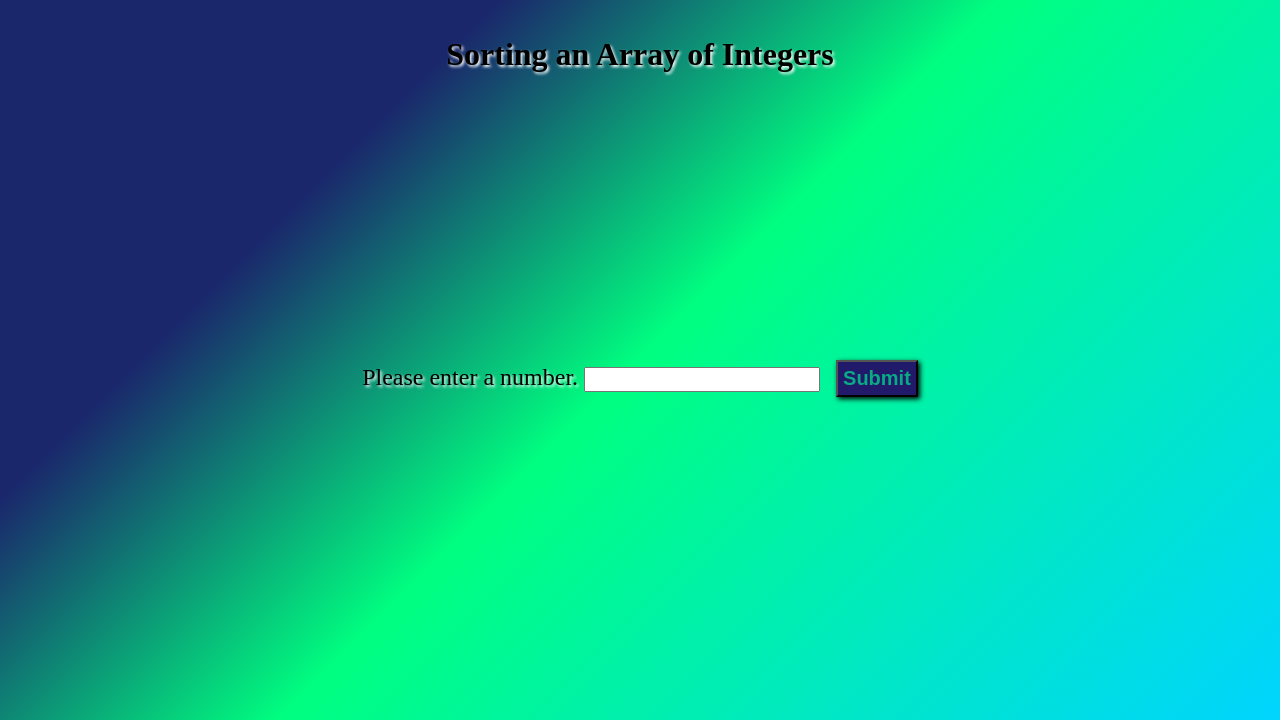
Repository: mlmEFSC21/P16-Sorting-Integers
Page: sort.html
The author's editor kept a copy of each file at every save. The page is drawn from the files as they stood at one save, then again after the next save.
The browser window is 1280 px wide. The pictures show the whole page.

Above is the page before, as saved 2022-03-28 19:04:28.

After the next save:
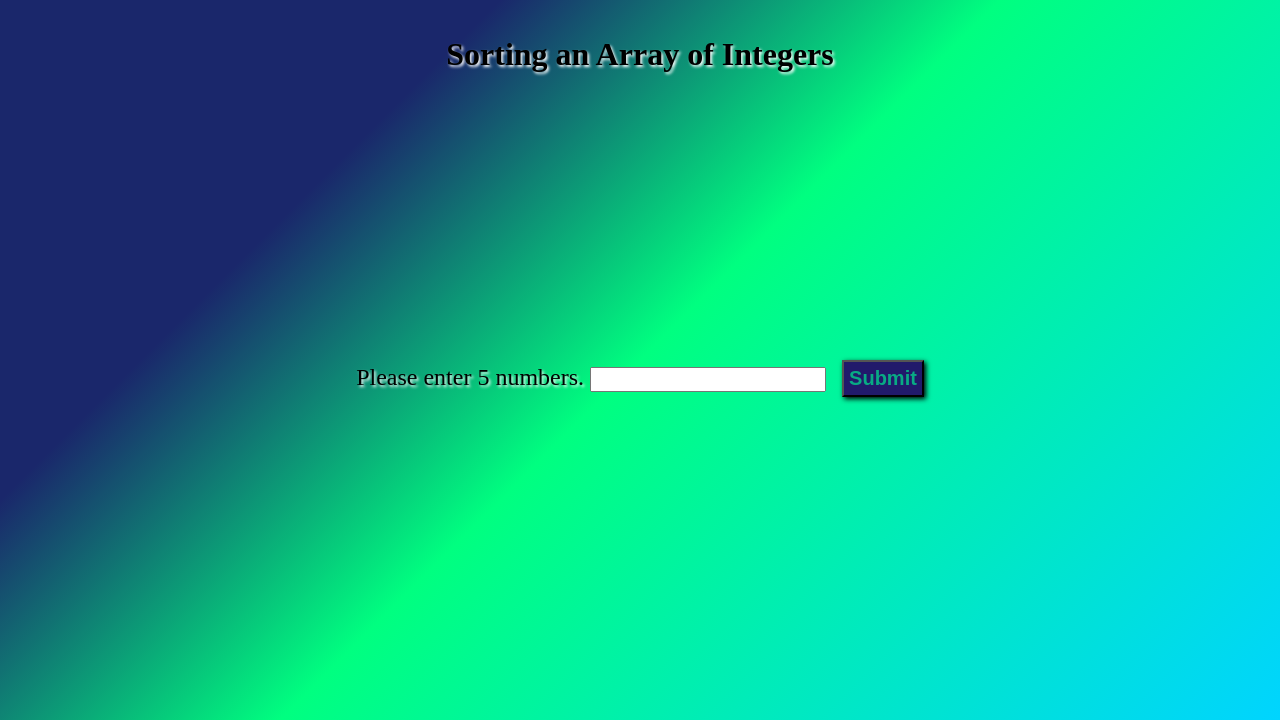
Saved 78 s later.
--- a/sort.html
+++ b/sort.html
@@ -15,7 +15,7 @@
         <section class="main">
             <div class="arrayContainer" id="arrayContainer">
                 <form class="inputForm" id="inputForm">
-                    <label for="numInp">Please enter a number.</label>
+                    <label for="numInp">Please enter 5 numbers.</label>
                     <input required type="number" name="numInp" id="numInp" />
                     <button type="submit" class="submitButton">Submit</button>
                 </form>
